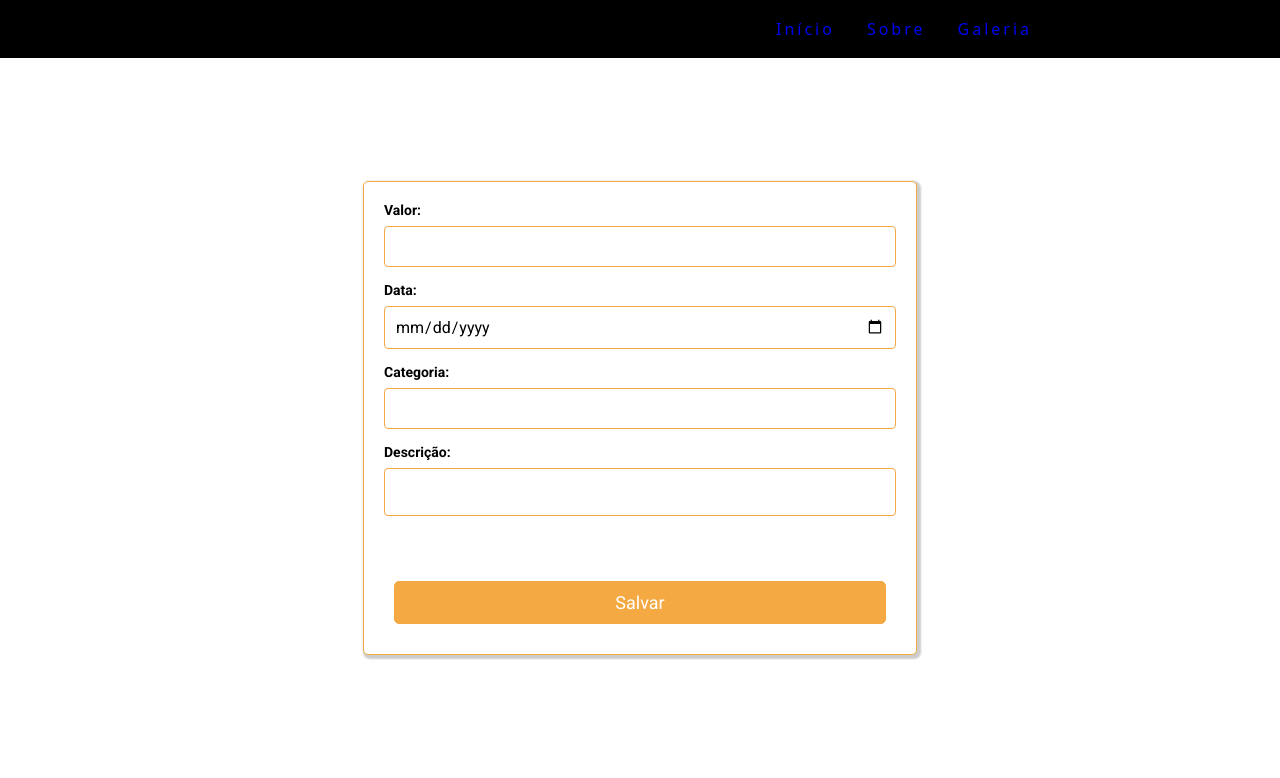
Repository: alexsanderkafka/java-servlets
Page: http://localhost/SaveMoney/cadastrarDespesa.jsp
These files come from the project's save history. The page is drawn as it stood at one moment and after the next save; the edit follows.
The browser window is 1280 px wide. The pictures show the whole page.
The page is served by Tomcat 9. Nobody is signed in. The application's start-up code is not run. Other server files are loaded and not shown.

Above is the page before, as saved 2024-10-03 13:08:59.

### SaveMoney/src/main/webapp/cadastrarDespesa.jsp
<%@ page language="java" contentType="text/html; charset=UTF-8"
    pageEncoding="UTF-8"%>
<!DOCTYPE html>
<html>
<head>
	<meta charset="UTF-8">
	<title>Insert title here</title>
	<link rel="stylesheet" href="styles/style.css">
</head>
<body>
	<header class="container-header">
        <nav>
          <div class="logo">

          </div>
          <ul class="nav-list">
            <li><a href="###">Início</a></li>
            <li><a href="###">Sobre</a></li>
            <li><a href="###">Galeria</a></li>
          </ul>
        </nav>
    </header>

	<div class="container-initial">
        <div class="box-register">
        	<label>Valor: </label>
        	<input type="number">
        	<label>Data: </label>
        	<input type="date">
        	<label>Categoria: </label>
        	<input type="text">
        	<label>Descrição: </label>
        	<textarea rows="5" cols="2"></textarea>
        	<button class="primary-buttons">Salvar</button>
        </div>
    </div>

</body>
</html>

### SaveMoney/src/main/webapp/styles/style.css
@import url('https://fonts.googleapis.com/css2?family=Roboto:ital,wght@0,100;0,300;0,400;0,500;0,700;0,900;1,100;1,300;1,400;1,500;1,700;1,900&display=swap');

html, body, div, span, applet, object, iframe,
h1, h2, h3, h4, h5, h6, p, blockquote, pre,
a, abbr, acronym, address, big, cite, code,
del, dfn, em, img, ins, kbd, q, s, samp,
small, strike, strong, sub, sup, tt, var,
b, u, i, center,
dl, dt, dd, ol, ul, li,
fieldset, form, label, legend,
table, caption, tbody, tfoot, thead, tr, th, td,
article, aside, canvas, details, embed,
figure, figcaption, footer, header, hgroup,
menu, nav, output, ruby, section, summary,
time, mark, audio, video {
    margin: 0;
    padding: 0;
    border: 0;
    font-size: 100%;
    font: inherit;
    vertical-align: baseline;
}

.container-header{
    background-color: black;
}

nav{
    display: flex;
    justify-content: space-around;
    align-items: center;
    font-family: system-ui, -apple-system, Helvetica, Arial, sans-serif;
    height: 8vh;
}

.nav-list{
    list-style: none;
    display: flex;
}

.nav-list li {
    letter-spacing: 3px;
    margin-left: 32px;
}

.nav-list li a{
    text-decoration: none;
}


/*CSS INDEX*/

html, body {
    height: 100%;
    margin: 0;
    padding: 0;
}

.container-initial {
    width: 100%;
    height: 100%;
    display: flex;
    flex-direction: column;
    justify-content: center;
    align-items: center;
}

.container-initial h1{
    font-size: 64px;
    font-family: "Roboto", system-ui;
    font-weight: 600;
    text-decoration: underline;
    text-decoration-color: #F4A942;
    margin-bottom: 25px;
}

.box-menu {
    width: 300px;
    height: 300px;
    background: white;
    border: 1px solid #F4A942;
    border-radius: 5px;
    display: flex;
    flex-direction: column;
    justify-content: center;
    box-shadow: 2px 2px 2px 2px rgba(0, 0, 0, 0.2);
}


.primary-buttons{
	margin: 10px;
	padding: 10px;
	border: 1px solid #F4A942;
	background: #F4A942;
	border-radius: 5px;
	color: white;
	font-weight: 400;
	font-family: "Roboto", system-ui;
	font-size: 18px;
	transition: background-color 0.5s ease;
}

.primary-buttons:hover{
	background-color: #f7b64e;
}

/*CSS PAGINA CADASTRO DE DESPESA*/
.container-initial {
    font-family: 'Roboto', sans-serif;
}

.box-register {
    width: 40%;
    height: 60%;
    background: white;
    border: 1px solid #F4A942;
    border-radius: 5px;
    padding: 20px;

    display: flex;
    flex-direction: column;
    /*
    justify-content: center;*/
    box-shadow: 2px 2px 2px 2px rgba(0, 0, 0, 0.2);
}

.container-initial label {
    display: block;
    margin-bottom: 8px;
    font-weight: bold;
    font-size: 14px;
    color: #000;
}

.container-initial input,
.container-initial textarea {
    width: 100%;
    padding: 10px;
    margin-bottom: 15px;
    border: 1px solid #F4A942;
    border-radius: 4px;
    box-sizing: border-box;
    font-family: 'Roboto', sans-serif;
    font-size: 16px;
}

.container-initial textarea {
    resize: none;
}

.box-register .primary-buttons{
	margin-top: 50px;
}

After the next save:
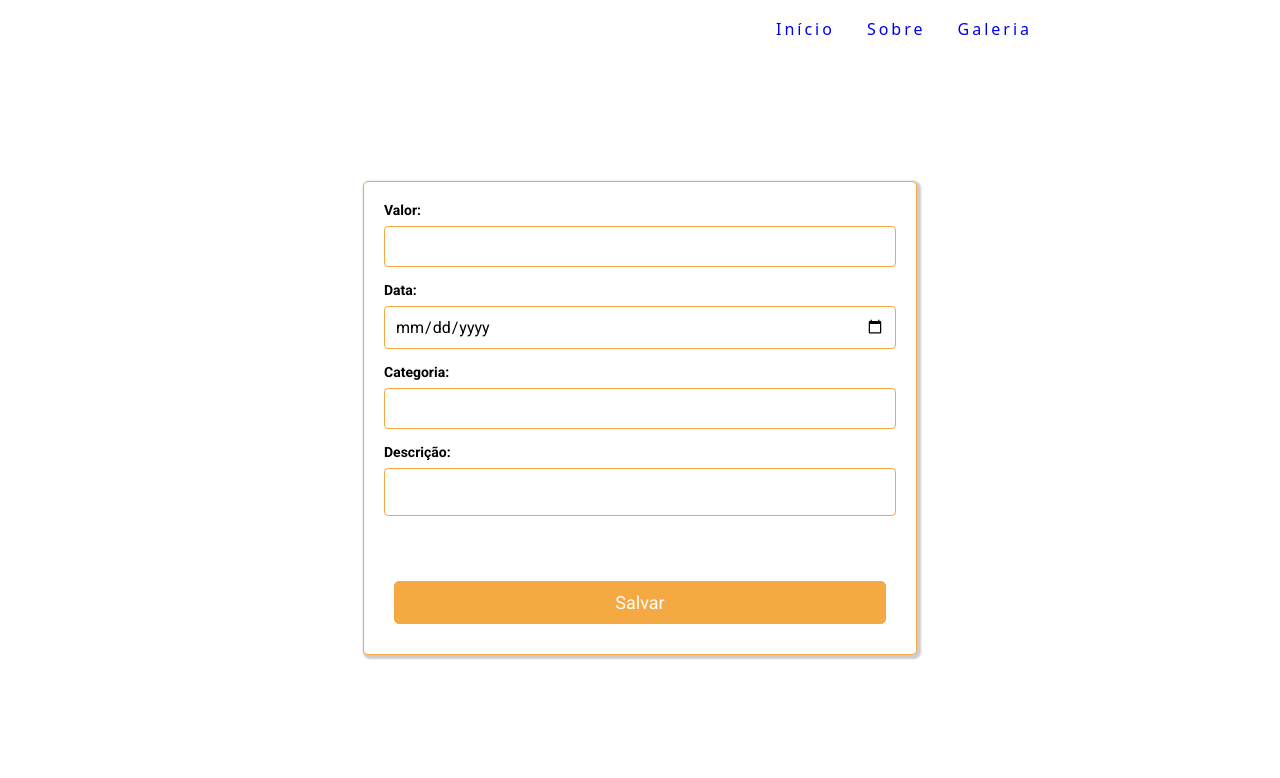
Saved 6 s later.
--- a/SaveMoney/src/main/webapp/styles/style.css
+++ b/SaveMoney/src/main/webapp/styles/style.css
@@ -22,7 +22,7 @@
 }
 
 .container-header{
-    background-color: black;
+    background-color: white;
 }
 
 nav{

After the 2 saves that followed:
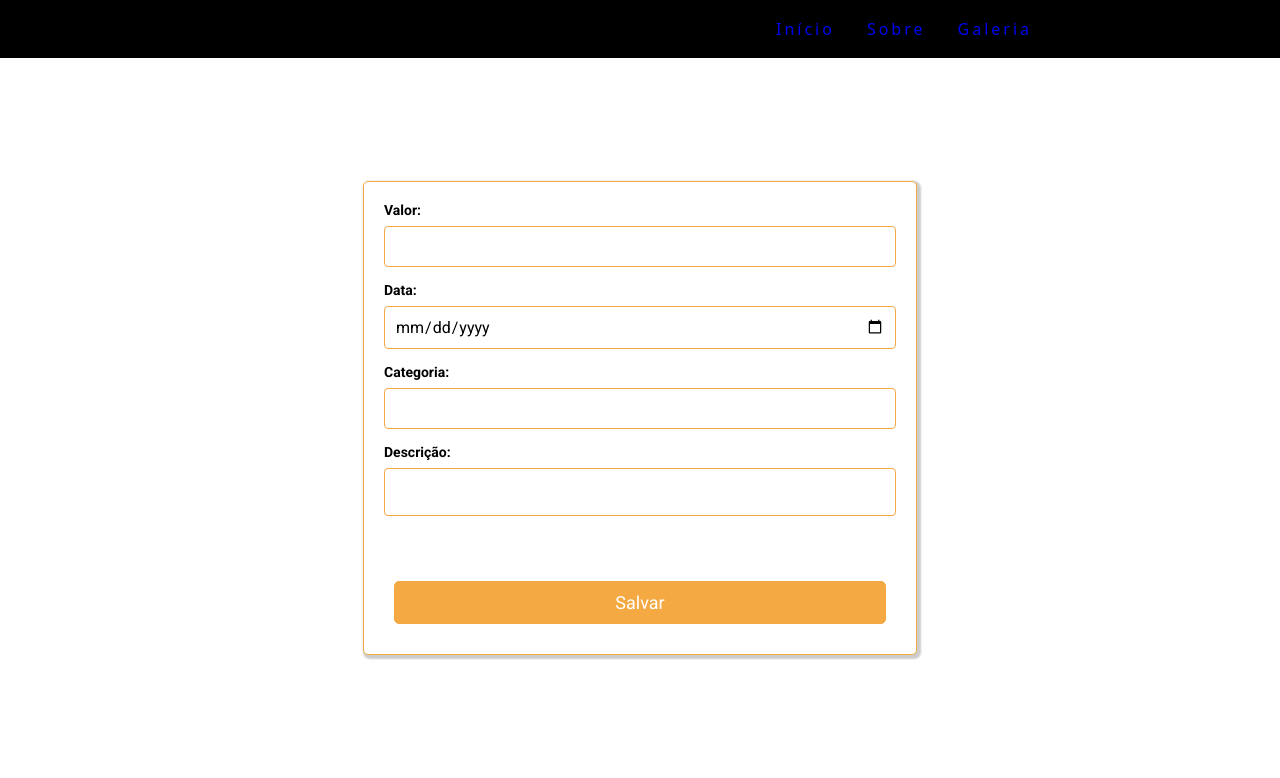
The 2 saves are shown as one change because 1 left the picture as it was.
The last was saved 11 s later.
--- a/SaveMoney/src/main/webapp/styles/style.css
+++ b/SaveMoney/src/main/webapp/styles/style.css
@@ -21,8 +21,8 @@
     vertical-align: baseline;
 }
 
-.container-header{
-    background-color: white;
+header{
+    background-color: black;
 }
 
 nav{
